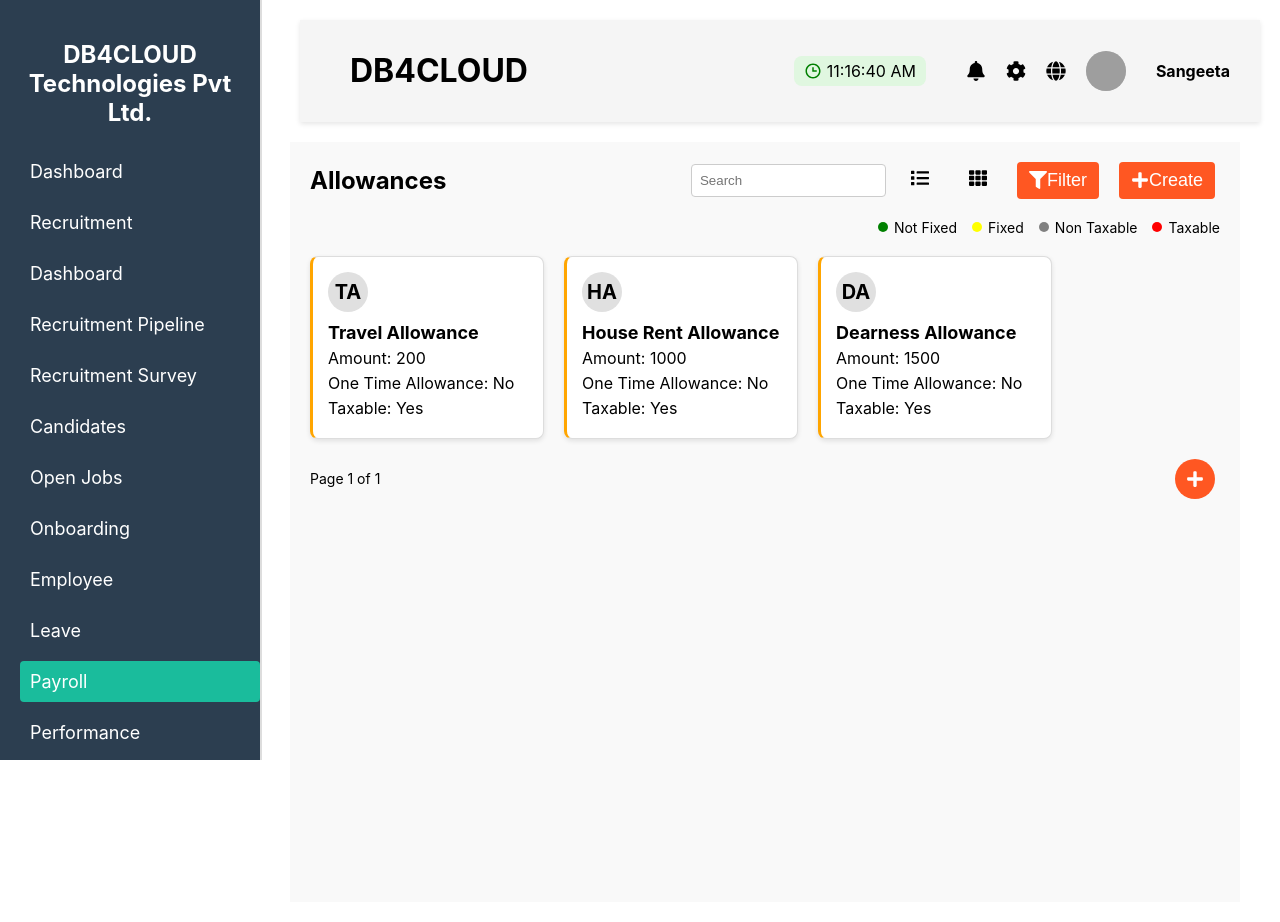
Repository: tinu-ns/Dev-code
Page: /payroll/allowances (app in HRMS-DEMO-Sang/hrms/)
The author's editor kept a copy of each file at every save. The page is drawn from the files as they stood at one save, then again after the next save.
The browser window is 1280 px wide. The pictures show the whole page.
Pictures or frames that could not be fetched are drawn as grey boxes. The project was rebuilt for these pictures with package versions that can differ from the ones it lists, and the page was loaded fresh each time. Also part of the build but not shown: HRMS-DEMO-Sang/hrms/src/components/Dashboard.js, HRMS-DEMO-Sang/hrms/src/components/Recruitment/RecruitmentDashboard.js, HRMS-DEMO-Sang/hrms/src/components/Recruitment/RecruitmentPipeline.js, HRMS-DEMO-Sang/hrms/src/components/Payroll/Contract.js, HRMS-DEMO-Sang/hrms/src/components/Payroll/Deductions.js, HRMS-DEMO-Sang/hrms/src/components/Payroll/Payslips.js, HRMS-DEMO-Sang/hrms/src/components/Payroll/PayrollDashboard.js, HRMS-DEMO-Sang/hrms/src/components/MainContent.css and 3 more.

Above is the page before, as saved 2024-11-06 17:30:21.

### HRMS-DEMO-Sang/hrms/src/components/Payroll/Allowances.js
import React, { useState } from "react";
import "./Allowances.css";
import {
  FaSearch,
  FaList,
  FaTh,
  FaFilter,
  FaPlus,
  FaEdit,
  FaTrash,
} from "react-icons/fa";

const allowancesData = [
  {
    id: 1,
    code: "TA",
    name: "Travel Allowance",
    amount: 200.0,
    oneTime: "No",
    taxable: "Yes",
    fixed: false,
  },
  {
    id: 2,
    code: "HA",
    name: "House Rent Allowance",
    amount: 1000.0,
    oneTime: "No",
    taxable: "Yes",
    fixed: true,
  },
  {
    id: 3,
    code: "DA",
    name: " Dearness Allowance",
    amount: 1500.0,
    oneTime: "No",
    taxable: "Yes",
    fixed: true,
  },
  // Add more allowance data here
];

const Allowances = () => {
  const [searchTerm, setSearchTerm] = useState("");
  const [view, setView] = useState("card"); // 'card' or 'list'
  const [filteredData, setFilteredData] = useState(allowancesData);

  const handleSearch = (e) => {
    const term = e.target.value;
    setSearchTerm(term);
    if (term === "") {
      setFilteredData(allowancesData);
    } else {
      const filtered = allowancesData.filter((allowance) =>
        allowance.name.toLowerCase().includes(term.toLowerCase())
      );
      setFilteredData(filtered);
    }
  };

  const handleEdit = (id) => {
    alert(`Edit allowance with ID: ${id}`);
  };

  const handleDelete = (id) => {
    alert(`Delete allowance with ID: ${id}`);
  };

  return (
    <div className="allowances-container">
      <header className="allowances-header">
        <h2>Allowances</h2>
        <div className="controls">
          <input
            type="text"
            placeholder="Search"
            value={searchTerm}
            onChange={handleSearch}
            className="search-input"
          />
          <button
            className={`view-toggle ${view === "list" ? "active" : ""}`}
            onClick={() => setView("list")}
          >
            <FaList />
          </button>
          <button
            className={`view-toggle ${view === "card" ? "active" : ""}`}
            onClick={() => setView("card")}
          >
            <FaTh />
          </button>
          <button className="filter-btn">
            <FaFilter /> Filter
          </button>
          <button className="create-btn">
            <FaPlus /> Create
          </button>
        </div>
      </header>

      <div className="status-indicators">
        <span className="dot not-fixed">Not Fixed</span>
        <span className="dot fixed">Fixed</span>
        <span className="dot non-taxable">Non Taxable</span>
        <span className="dot taxable">Taxable</span>
      </div>

      {view === "card" ? (
        <div className="card-view">
          {filteredData.map((allowance) => (
            <div className="allowance-card" key={allowance.id}>
              <div className="card-icon">{allowance.code}</div>
              <div className="card-content">
                <h3>{allowance.name}</h3>
                <p>Amount: {allowance.amount}</p>
                <p>One Time Allowance: {allowance.oneTime}</p>
                <p>Taxable: {allowance.taxable}</p>
              </div>
            </div>
          ))}
        </div>
      ) : (
        <div className="list-view">
          <table>
            <thead>
              <tr>
                <th className="sticky-column">Allowance</th>
                <th>Specific Employees</th>
                <th>Excluded Employees</th>
                <th>Is Taxable</th>
                <th>Is Condition Based</th>
                <th>Condition</th>
                <th>Is Fixed</th>
                <th>Amount</th>
                <th>Based On</th>
                <th>Rate</th>
                <th className="sticky-column">Action</th>
              </tr>
            </thead>
            <tbody>
              {filteredData.map((allowance) => (
                <tr key={allowance.id}>
                  <td className="sticky-column">{allowance.name}</td>
                  <td>-</td>
                  <td>-</td>
                  <td>{allowance.taxable}</td>
                  <td>No</td>
                  <td>-</td>
                  <td>{allowance.fixed ? "Yes" : "No"}</td>
                  <td>{allowance.amount}</td>
                  <td>-</td>
                  <td>-</td>
                  <td className="sticky-column">
                    <button
                      className="edit-btn"
                      onClick={() => handleEdit(allowance.id)}
                    >
                      <FaEdit />
                    </button>
                    <button
                      className="delete-btn"
                      onClick={() => handleDelete(allowance.id)}
                    >
                      <FaTrash />
                    </button>
                  </td>
                </tr>
              ))}
            </tbody>
          </table>
        </div>
      )}

      <footer className="footer">
        <span>Page 1 of 1</span>
        <button className="add-btn">
          <FaPlus />
        </button>
      </footer>
    </div>
  );
};

export default Allowances;

### HRMS-DEMO-Sang/hrms/src/App.css
.app{
  display: flex;
  height: 100vh;
  background-color: #f4f4f4;
}

.content-container{
  flex-grow: 1;
  padding: 20px;
  background-color: #fff;
  margin-left: 200px;
  display: flex;
  flex-direction: column;

}

.main-section{
  display: flex;
  justify-content: space-between;
  padding: 20px;
}


.sidebar {
  width: 220px;
  background-color: #2c3e50;
  position: fixed;
  height: 100vh;
}

### HRMS-DEMO-Sang/hrms/src/components/Sidebar.css
 .container{
    display: flex;
    height: 100vh;
    margin-right: 50px;
}

/*
.content{
    flex-grow: 1;
    padding: 20px;
    padding-left: 50px;

}  */

.sidebar {
    width: 220px;
    height: 100vh;
    background-color: #503f2c;
    padding: 20px;
    color: white;
    height: 100vh;
    position: fixed;
    border-right: 2px solid #ddd;
    overflow-y: auto;        /* Allows vertical scrolling */
    position: fixed;
    margin-right: 200px;        /* Keeps sidebar fixed on the left side */

  }



  .sidebar h2{
    text-align: center;
    margin-bottom: 30px;
    font-size: 24px;
  }

  .sidebar-list{
    list-style-type: none;
    padding: 0;
  }


  .sidebar-list li{
    margin-bottom: 15px;
  }

  .sidebar-list li a {
    color: white;
    text-decoration: none;
    font-size: 18px;
    padding: 10px;
    border-radius: 4px;
    display: block;
  }

  .sidebar-list li a:hover{
    color: #1abc9c;
  }

  .sidebar-list li a.active{
    background-color: #1abc9c;
    color: white;
  }

  .sidebar {
    width: 250px;
    background-color: #2E3A46;
    color: #FFF;
    padding: 20px;
    height: 100vh;
  }

  .sidebar h2 {
    font-size: 1.5em;
    margin-bottom: 1em;
  }

  .sidebar ul {
    list-style: none;
    padding: 0;
  }

  .sidebar li {
    margin: 10px 0;
  }

  .sidebar li ul {
    margin-top: 5px;
  }

  .sidebar a {
    color: #FFF;
    text-decoration: none;
  }

  .sidebar a:hover {
    text-decoration: underline;
  }

  .sidebar a.active {
    color: #20c997;
  }

  .sidebar ul li a:hover, .menu-toggle:hover {
    background-color: #34495e;
  }

  .menu-toggle {
    background: none;
    border: none;
    color: #ecf0f1;
    font-size: 1rem;
    text-align: left;
    cursor: pointer;
    width: 100%;
    padding: 10px;
  }

  .submenu {
    list-style-type: none;
    padding-left: 20px;
  }

  .submenu li a {
    padding-left: 20px;
    font-size: 0.9rem;
  }

### HRMS-DEMO-Sang/hrms/src/components/Recruitment/RecruitmentPipeline.css
.pipeline-container {
    padding: 20px;
    background-color: #f5f5f5;
    border-radius: 8px;
  }

  .pipeline-section {
    margin-top: 20px;
  }

  .pipeline-section h3 {
    background-color: #f8f9fa;
    padding: 10px;
    border-left: 5px solid #ffa500;
  }

  .recruitment-table {
    width: 100%;
    border-collapse: collapse;
  }

  .recruitment-table th,
  .recruitment-table td {
    padding: 10px;
    border-bottom: 1px solid #ddd;
    text-align: left;
  }

  .recruitment-table th {
    background-color: #f1f1f1;
  }

  button {
    padding: 5px 10px;
    margin: 0 5px;
    border: none;
    border-radius: 4px;
    cursor: pointer;
  }

  button:hover {
    background-color: #ddd;
  }

### HRMS-DEMO-Sang/hrms/src/components/Payroll/Allowances.css
.allowances-container {
    padding: 20px;
    background-color: #f9f9f9;
    width: 100%;
    height: 100vh;
  }

  .allowances-header {
    display: flex;
    justify-content: space-between;
    align-items: center;
    margin-bottom: 20px;
  }

  .allowances-header h2 {
    margin: 0;
    font-size: 24px;
  }

  .controls {
    display: flex;
    align-items: center;
    gap: 10px;
  }

  .search-input {
    padding: 8px;
    border: 1px solid #ccc;
    border-radius: 4px;
  }

  .view-toggle, .filter-btn, .create-btn {
    background: none;
    border: none;
    font-size: 18px;
    cursor: pointer;
  }

  .filter-btn, .create-btn {
    display: flex;
    align-items: center;
    padding: 8px 12px;
    background-color: #ff5722;
    color: white;
    border-radius: 4px;
    cursor: pointer;
  }

  .status-indicators {
    display: flex;
    gap: 15px;
    font-size: 14px;
    margin-top: 10px;
    margin-bottom: 20px;
    justify-content: end;
  }

  .dot {
    display: inline-flex;
    align-items: center;
  }

  .dot::before {
    content: '';
    display: inline-block;
    width: 10px;
    height: 10px;
    margin-right: 6px;
    border-radius: 50%;
  }

  .not-fixed::before {
    background-color: green;
  }

  .fixed::before {
    background-color: yellow;
  }

  .non-taxable::before {
    background-color: gray;
  }

  .taxable::before {
    background-color: red;
  }

  .card-view {
    display: flex;
    gap: 20px;
    flex-wrap: wrap;

  }

  .allowance-card {
    background: white;
    border: 1px solid #ddd;
    border-radius: 8px;
    padding: 15px;
    width: 200px;
    box-shadow: 0 2px 5px rgba(0, 0, 0, 0.1);
    border-left: 3px solid rgb(255, 165, 0);
  }

  .card-icon {
    font-size: 20px;
    font-weight: bold;
    background: #e0e0e0;
    width: 40px;
    height: 40px;
    display: flex;
    align-items: center;
    justify-content: center;
    border-radius: 50%;
    margin-bottom: 10px;

  }

  .card-content h3 {
    margin: 0;
    font-size: 18px;
  }

  .card-content p {
    margin: 5px 0;
  }

  .list-view {
    background: white;
    border-radius: 8px;
    overflow: hidden;
    box-shadow: 0 2px 5px rgba(0, 0, 0, 0.1);
  }

  table {
    width: 100%;
    border-collapse: collapse;
  }

  table th, table td {
    padding: 12px;
    text-align: left;
    border-bottom: 1px solid #ddd;
    border: 1px solid;
  }

  .sticky-column {
    position: sticky;
    left: 0;
    background-color: rgb(230, 220, 220);
    box-shadow: 2px 0 5px rgba(0, 0, 0, 0.1);
    z-index: 1;

  }

  td.sticky-column {
    box-shadow: 2px 0 5px rgba(0, 0, 0, 0.1);

  }

  .edit-btn, .delete-btn {
    background: none;
    border: none;
    cursor: pointer;
    font-size: 16px;
    margin-right: 8px;
    display: flex;
  }

  .edit-btn {
    color: #007bff;
  }

  .delete-btn {
    color: #ff5722;
  }

  .footer {
    display: flex;
    justify-content: space-between;
    align-items: center;
    padding-top: 20px;
  }

  .footer span {
    font-size: 14px;
  }

  .add-btn {
    background-color: #ff5722;
    color: white;
    font-size: 18px;
    width: 40px;
    height: 40px;
    border: none;
    border-radius: 50%;
    display: flex;
    align-items: center;
    justify-content: center;
    cursor: pointer;
  }

### HRMS-DEMO-Sang/hrms/src/components/Header.css
.bg-container{
  padding-left: 30px;

}

.header {
    background-color: #f5f5f5;
    padding: 10px 20px;
    display: flex;
    justify-content: space-between;
    align-items: center;
    box-shadow: 0px 2px 5px rgba(0, 0, 0, 0.1);
  }

  .header-left {
    display: flex;
    align-items: center;
  }

  .menu-button {
    font-size: 24px;
    background: none;
    border: none;
    cursor: pointer;
  }

  .h1{
    margin-left: 15px;
    font-size: 24px;
    color: red! important ;
  }

  .header-right{
    display: flex;
    align-items: center;
  }

  .icon{
    margin-left: 20px;
    font-size: 20px;
    cursor: pointer;
  }

  .time-box {
    display: flex;
    align-items: center;
    background-color: #e0f7e0;
    padding: 5px 10px;
    border-radius: 8px;
    margin-right: 20px;
  }

  .time-icon {
    margin-right: 5px;
    font-size: 18px;
    color: green;
  }

  .user-profile{
    display: flex;
    align-items: center;
    cursor: pointer;
    position: relative;
  }

  .user-avatar{
    padding: 20px;
  }

  .avatar{
    width: 40px;
    height: 40px;
    background-color: #d4d4d4;
    border-radius: 50%;
    display: flex;
    justify-content: center;
    align-items: center;
    font-size: 18px;
    color: white;
    margin-right: 10px;

  }

  .user-name{
    font-weight: bold;
  }

  .dropdown{
    position: absolute;
    top: 50px;
    right: 0;
    background-color: #fff;
    box-shadow: 0px 2px 8px rgba(0, 0, 0, 0.1);
    border-radius: 5px;
    z-index: 100;
  }

  .dropdown ul {
    list-style-type: none;
    padding: 10px;
    margin: 0;
  }

  .dropdown ul li {
    padding: 10px 15px;
    cursor: pointer;
  }

  .dropdown ul li:hover {
    background-color: #f5f5f5;
  }

  .user-info {
    display: flex;
    align-items: center;
  }

  .user-name {
    margin-right: 10px;
  }

Loaded but not shown: HRMS-DEMO-Sang/hrms/public/index.html (common file); HRMS-DEMO-Sang/hrms/src/index.js (common file); HRMS-DEMO-Sang/hrms/src/index.css (common file); HRMS-DEMO-Sang/hrms/src/reportWebVitals.js (common file); HRMS-DEMO-Sang/hrms/src/components/Sidebar.js (102 lines, source omitted); HRMS-DEMO-Sang/hrms/src/components/Header.js (91 lines, source omitted); HRMS-DEMO-Sang/hrms/src/App.js (52 lines, source omitted); HRMS-DEMO-Sang/hrms/src/components/Payroll/PayrollDashboard.css (359 lines, source omitted)

After the next save:
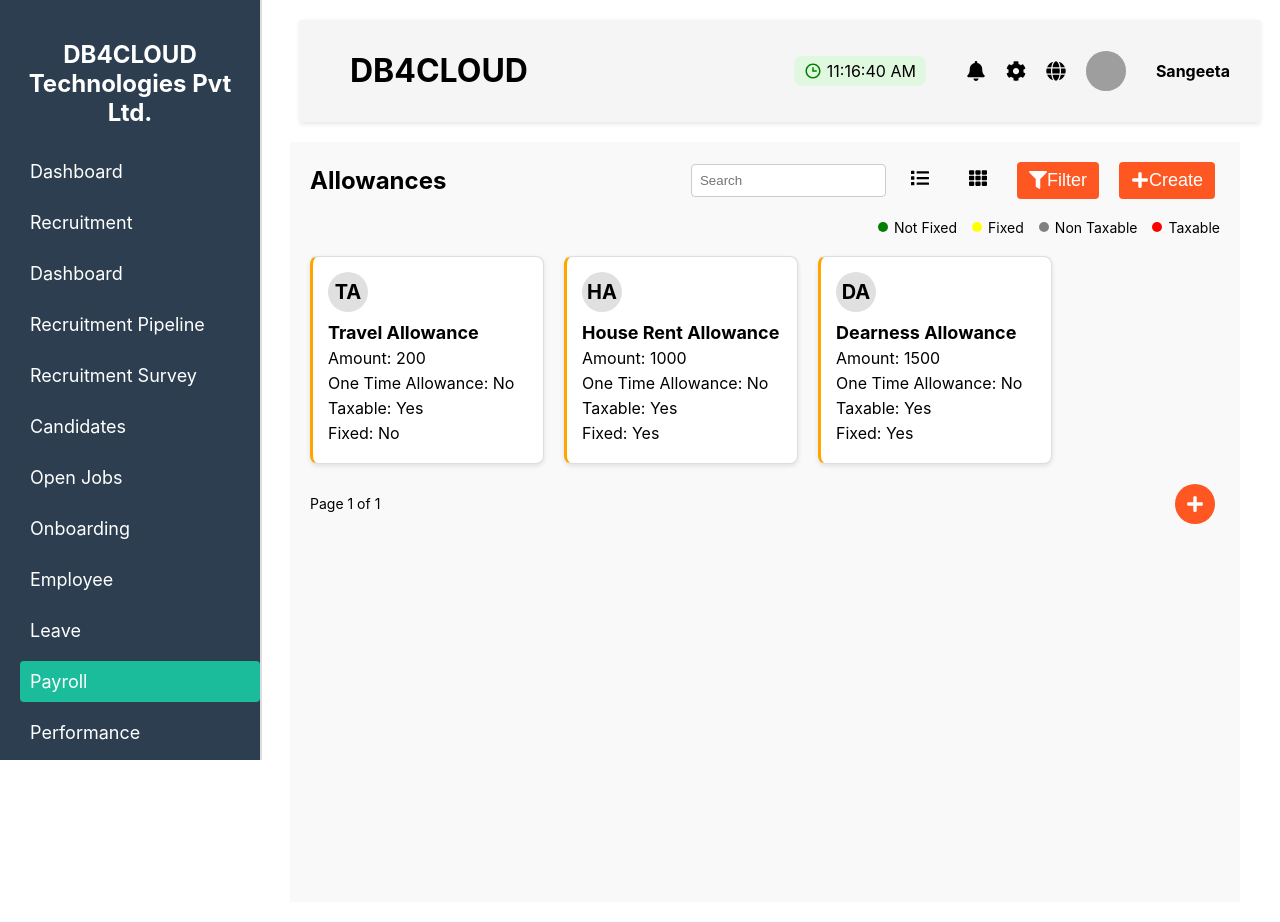
Saved 9 min 55 s later.
--- a/HRMS-DEMO-Sang/hrms/src/components/Payroll/Allowances.js
+++ b/HRMS-DEMO-Sang/hrms/src/components/Payroll/Allowances.js
@@ -38,12 +38,11 @@ const allowancesData = [
     taxable: "Yes",
     fixed: true,
   },
-  // Add more allowance data here
 ];
 
 const Allowances = () => {
   const [searchTerm, setSearchTerm] = useState("");
-  const [view, setView] = useState("card"); // 'card' or 'list'
+  const [view, setView] = useState("card");
   const [filteredData, setFilteredData] = useState(allowancesData);
 
   const handleSearch = (e) => {
@@ -117,6 +116,7 @@ const Allowances = () => {
                 <p>Amount: {allowance.amount}</p>
                 <p>One Time Allowance: {allowance.oneTime}</p>
                 <p>Taxable: {allowance.taxable}</p>
+                <p>Fixed: {allowance.fixed ? "Yes" : "No"}</p>
               </div>
             </div>
           ))}
@@ -126,10 +126,12 @@ const Allowances = () => {
           <table>
             <thead>
               <tr>
-                <th className="sticky-column">Allowance</th>
+                <th className="sticky-column">Code</th>
+                <th>Allowance</th>
                 <th>Specific Employees</th>
                 <th>Excluded Employees</th>
                 <th>Is Taxable</th>
+                <th>One Time Allowance</th>
                 <th>Is Condition Based</th>
                 <th>Condition</th>
                 <th>Is Fixed</th>
@@ -142,10 +144,12 @@ const Allowances = () => {
             <tbody>
               {filteredData.map((allowance) => (
                 <tr key={allowance.id}>
-                  <td className="sticky-column">{allowance.name}</td>
+                  <td className="sticky-column">{allowance.code}</td>
+                  <td>{allowance.name}</td>
                   <td>-</td>
                   <td>-</td>
                   <td>{allowance.taxable}</td>
+                  <td>{allowance.oneTime}</td>
                   <td>No</td>
                   <td>-</td>
                   <td>{allowance.fixed ? "Yes" : "No"}</td>

After the save that followed:
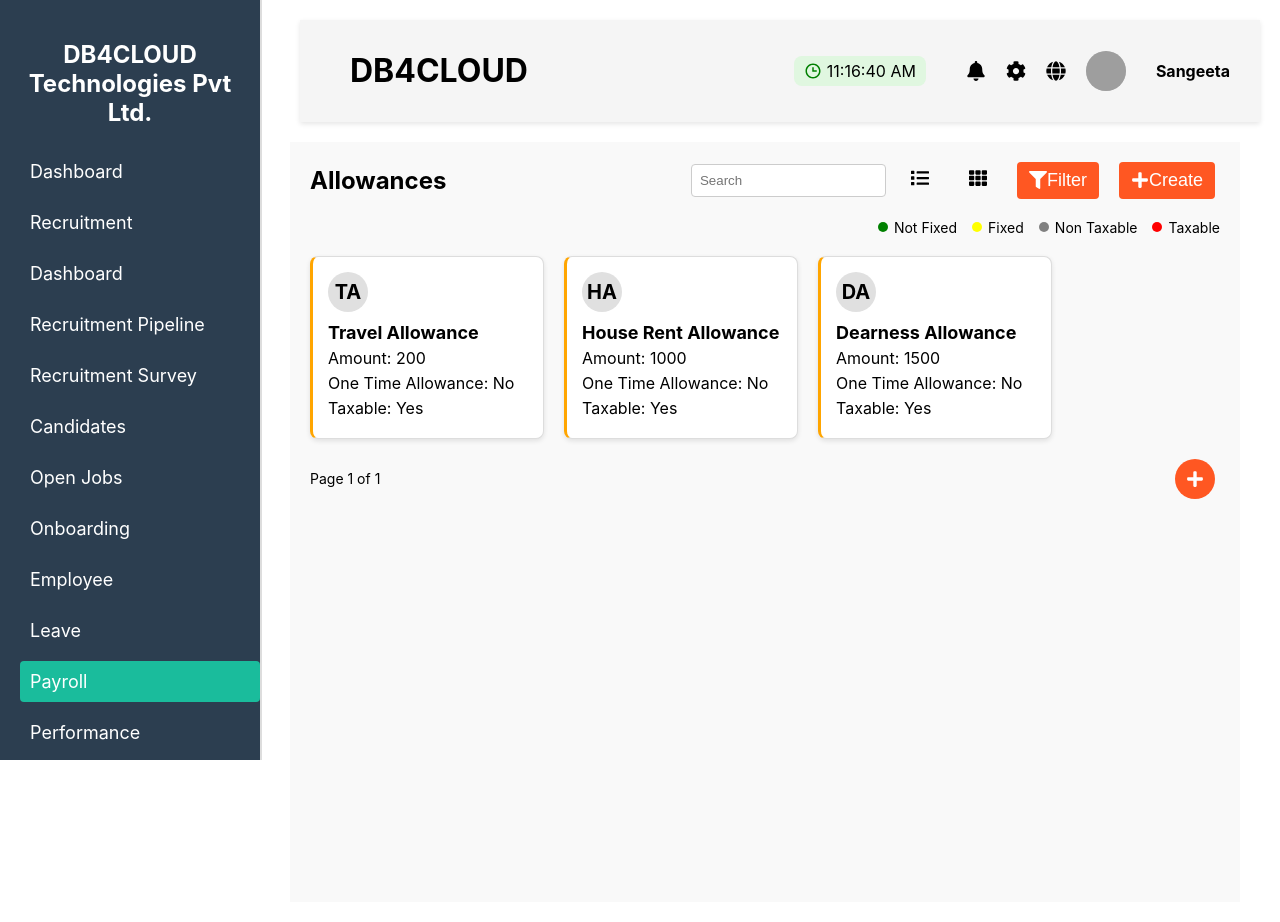
Saved 55 s later.
--- a/HRMS-DEMO-Sang/hrms/src/components/Payroll/Allowances.js
+++ b/HRMS-DEMO-Sang/hrms/src/components/Payroll/Allowances.js
@@ -38,12 +38,14 @@ const allowancesData = [
     taxable: "Yes",
     fixed: true,
   },
+  // Add more allowance data here
 ];
 
 const Allowances = () => {
   const [searchTerm, setSearchTerm] = useState("");
-  const [view, setView] = useState("card");
+  const [view, setView] = useState("card"); // 'card' or 'list'
   const [filteredData, setFilteredData] = useState(allowancesData);
+
 
   const handleSearch = (e) => {
     const term = e.target.value;
@@ -116,7 +118,6 @@ const Allowances = () => {
                 <p>Amount: {allowance.amount}</p>
                 <p>One Time Allowance: {allowance.oneTime}</p>
                 <p>Taxable: {allowance.taxable}</p>
-                <p>Fixed: {allowance.fixed ? "Yes" : "No"}</p>
               </div>
             </div>
           ))}
@@ -126,12 +127,10 @@ const Allowances = () => {
           <table>
             <thead>
               <tr>
-                <th className="sticky-column">Code</th>
-                <th>Allowance</th>
+                <th className="sticky-column">Allowance</th>
                 <th>Specific Employees</th>
                 <th>Excluded Employees</th>
                 <th>Is Taxable</th>
-                <th>One Time Allowance</th>
                 <th>Is Condition Based</th>
                 <th>Condition</th>
                 <th>Is Fixed</th>
@@ -144,12 +143,10 @@ const Allowances = () => {
             <tbody>
               {filteredData.map((allowance) => (
                 <tr key={allowance.id}>
-                  <td className="sticky-column">{allowance.code}</td>
-                  <td>{allowance.name}</td>
+                  <td className="sticky-column">{allowance.name}</td>
                   <td>-</td>
                   <td>-</td>
                   <td>{allowance.taxable}</td>
-                  <td>{allowance.oneTime}</td>
                   <td>No</td>
                   <td>-</td>
                   <td>{allowance.fixed ? "Yes" : "No"}</td>
